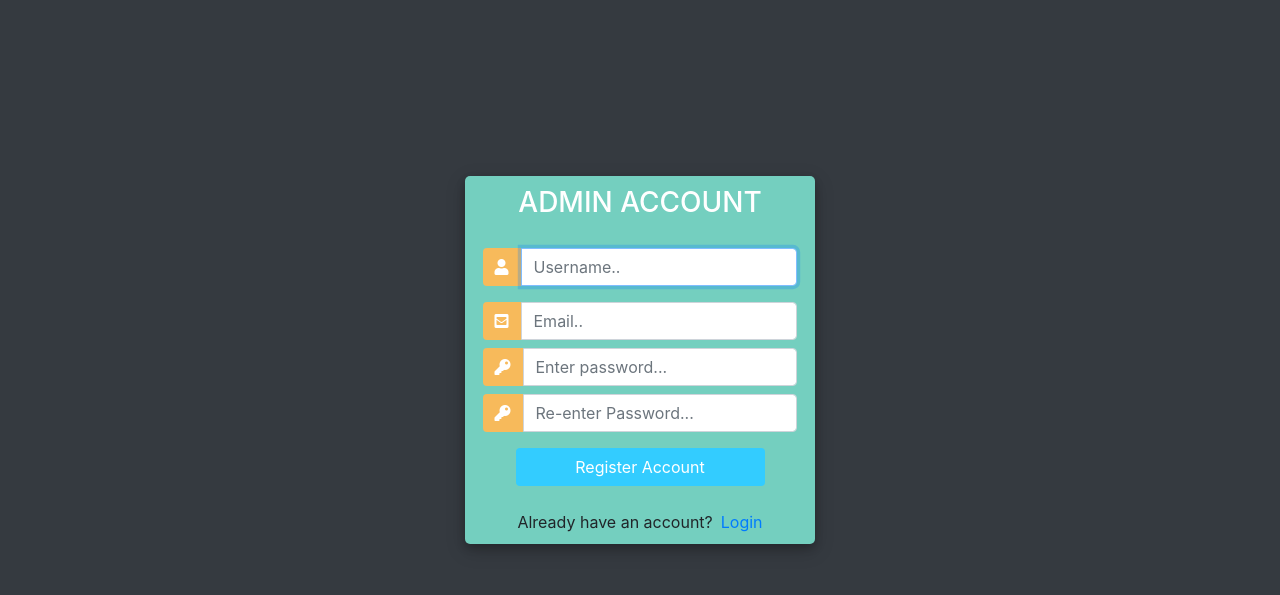
Repository: Abdaljawad-Aya/login-register-auth-validation-Django
Page: http://localhost/register/
These files come from the project's save history. The page is drawn as it stood at one moment and after the next save; the edit follows.
The browser window is 1280 px wide. The pictures show the whole page.
Some web libraries are served in a nearby version. The page is served by the project's application, run on Django 3.2 (project8/manage.py).

Above is the page before, as saved 2021-03-11 22:21:00.

After the next save:
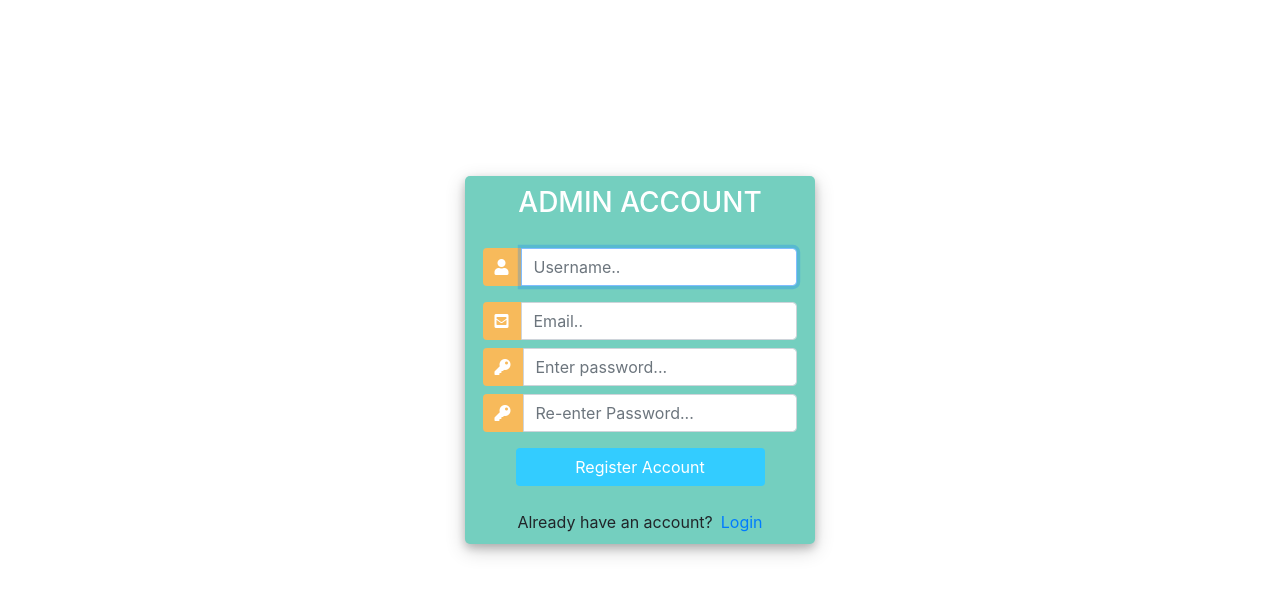
Saved 10 s later.
--- a/project8/project8/templates/register.html
+++ b/project8/project8/templates/register.html
@@ -13,7 +13,7 @@
 			margin: 0;
 			padding: 0;
 			height: 100%;
-			background: #353a40 !important;
+			background: white !important;
 		}
 		.user_card {
 			width: 350px;
